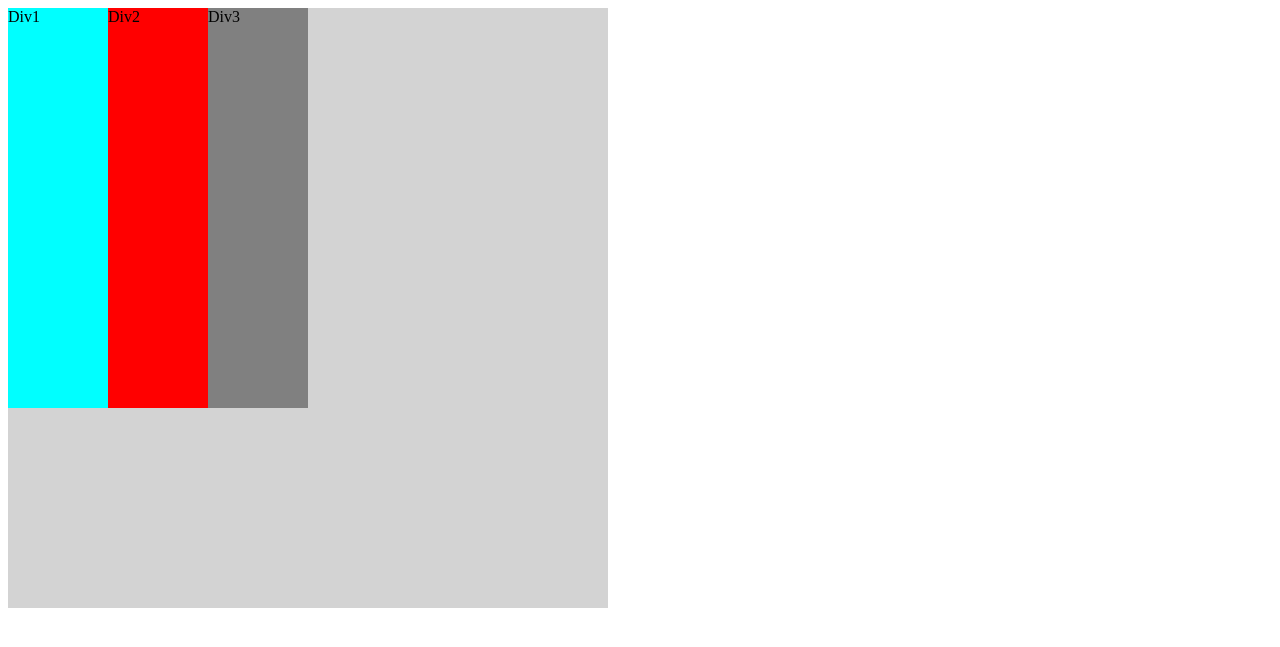
Repository: Sayan-100/Javascript
Page: Flex align content/index.html
An editor plug-in stored every save of this project. The page is shown before and after the next save, followed by the edit.
The browser window is 1280 px wide. The pictures show the whole page.

Above is the page before, as saved 2021-12-31 17:24:49.

After the next save:
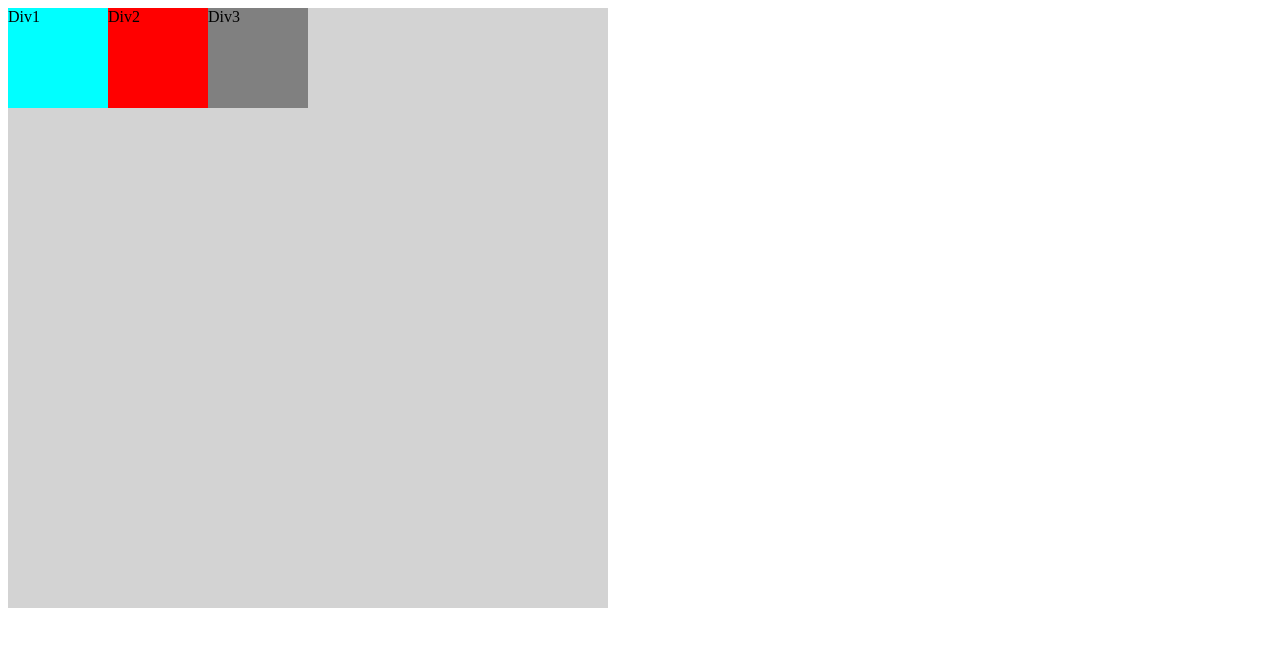
Saved 36 s later.
--- a/Flex align content/style.css
+++ b/Flex align content/style.css
@@ -29,11 +29,11 @@
  }
 
  #container div {
-     /* height: 100px;
+     height: 100px;
+     width: 100px;
+     /* height: auto;
+     max-height: 400px;
      width: 100px; */
-     height: auto;
-     max-height: 400px;
-     width: 100px;
  }
 
  #div1 {
